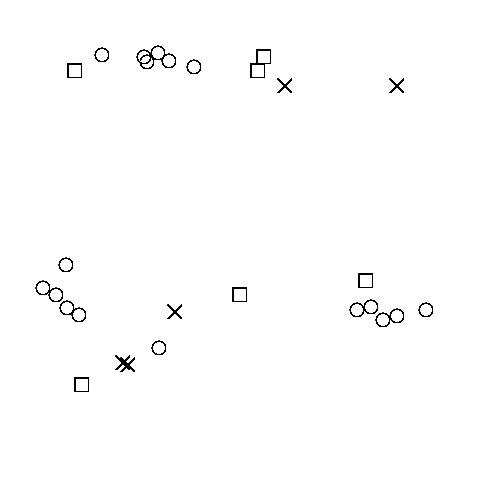
Repository: benceluzsinszky/rock-paper-scissors-simulation-pygame
Script's output: python main.py
The author's editor kept a copy of each file at every save. The script's output is drawn from the files as they stood at one save, then again after the next save.
The window is shown after at most 60 frames with no key pressed. Random numbers start from a fixed seed. It also reads sprites/paper.png, sprites/rock.png, sprites/scissors.png.

Above is the script's output before, as saved 2023-04-24 22:03:29.

After the next save:
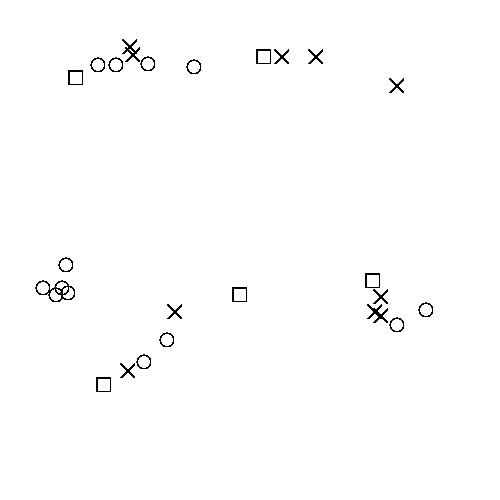
Saved 51 s later.
--- a/main.py
+++ b/main.py
@@ -76,7 +76,6 @@
         if collision:
             dead_sprite_rect_x = list(collision.values())[0][0].rect.x
             dead_sprite_rect_y = list(collision.values())[0][0].rect.y
-            list(collision.keys())[0].closest_food_distance = float("inf")
             sprite = Sprite(self, type, (dead_sprite_rect_x, dead_sprite_rect_y))
             winner.add(sprite)
 

After the 6 saves that followed:
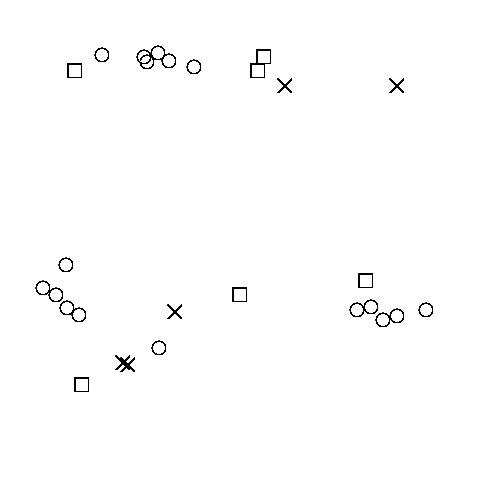
The 6 saves are shown as one change because 2 left the picture as it was and some came seconds apart.
The last was saved 77 s later.
--- a/main.py
+++ b/main.py
@@ -76,6 +76,7 @@
         if collision:
             dead_sprite_rect_x = list(collision.values())[0][0].rect.x
             dead_sprite_rect_y = list(collision.values())[0][0].rect.y
+            list(collision.keys())[0].closest_food_distance = float("inf")
             sprite = Sprite(self, type, (dead_sprite_rect_x, dead_sprite_rect_y))
             winner.add(sprite)
 
--- a/sprites.py
+++ b/sprites.py
@@ -79,3 +79,4 @@ class Sprite(Sprite):
             self.eat(food)
         else:
             self.run(enemy)
+        self.closest_enemy_distance = self.closest_food_distance = float("inf")
